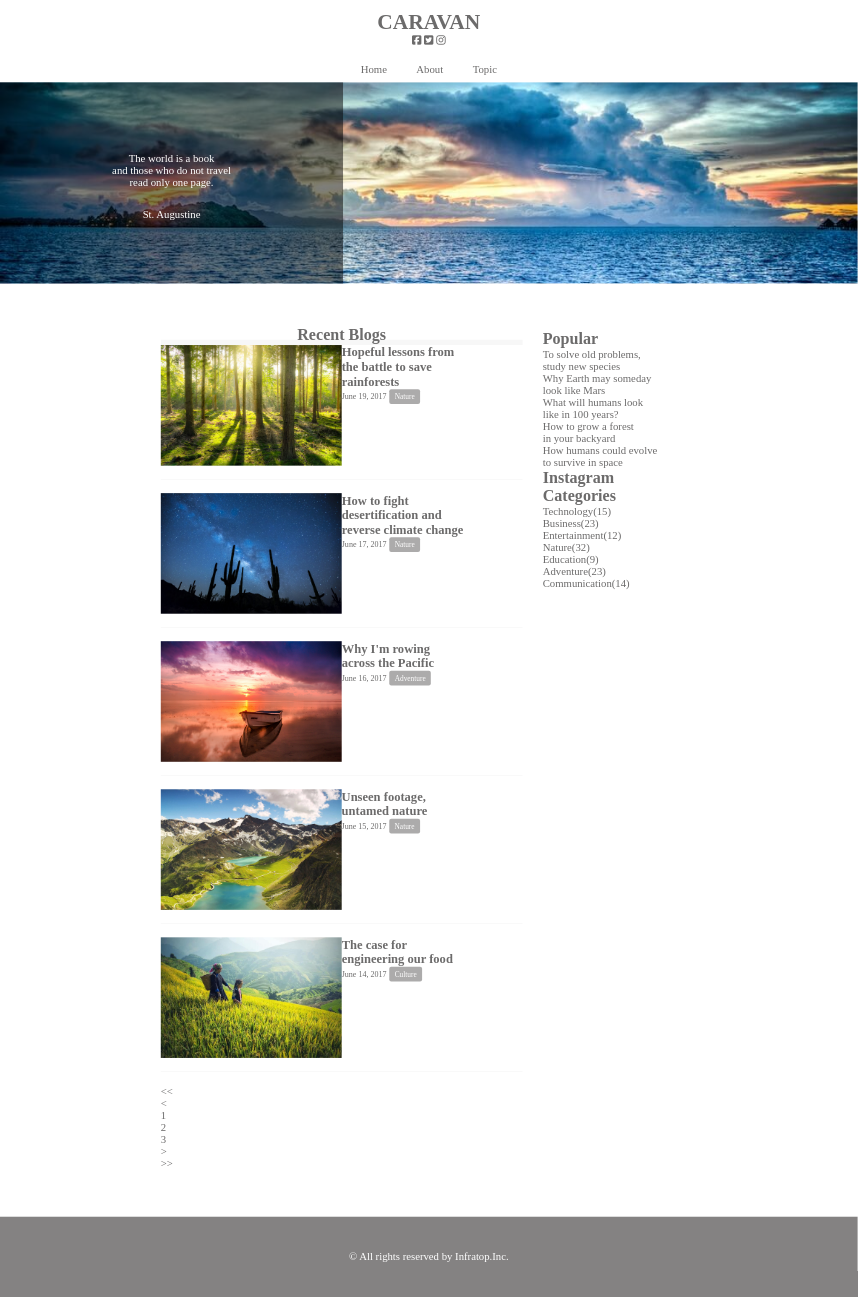
Repository: hayase-m/Webcamp
Page: caravan/index.html
The author's editor kept a record of every edit. The page is drawn from the files as they stood at one moment, then again after the next edit.
The browser window is 1280 px wide. The pictures show the whole page, at 67% of full size.
Some web libraries are served in a nearby version.

Above is the page before.

### caravan/index.html
<!DOCTYPE html>
<html lang="ja">
  <head>
    <meta charset="UTF-8" />
    <meta name="viewport" content="width=device-width,initial-scale=1.0">
    <!-- CSSファイルの読み込み -->

    <script src="https://kit.fontawesome.com/a95fdb4b13.js" crossorigin="anonymous"></script>
    <link rel="stylesheet" href="style.css" />
    <title>CARAVAN</title>
  </head>

  <body>
    <!-- header -->
    <header>
      <h1 class="heading">
        <a href="index.html">
        CARAVAN
        </a>
      </h1>

      <div class="social">
        <i class="fab fa-facebook-square"></i>
        <i class="fab fa-twitter-square"></i>
        <i class="fab fa-instagram"></i>
      </div>
    </header>

    <!-- navigation -->
    <nav>
      <ul class="nav-list">
        <li class="nav-list-item">
          <a href="index.html">Home</a>
        </li>
        <li class="nav-list-item">About</li>
        <li class="nav-list-item">Topic</li>
      </ul>
    </nav>

    <!-- main-visual用のdiv -->
    <div class="main-visual">
      <div class="main-visual-content">
        <!-- pタグ（と文字）を追加 -->
        <p class="main-visual-text">
          The world is a book <br>
          and those who do not travel <br>
          read only one page.
        </p>
        <p class="main-visual-name">
          St. Augustine
        </p>
      </div>
    </div>

    <!-- main用のdiv -->
    <main>
      <section class="blog">
        <h2 class="blog-heading">Recent Blogs</h2>

        <div class="blog-box">
          <div class="blog-item">
            <img class="blog-image" src="img/forest.jpg" />
            <section class="blog-text">
              <h3 class="blog-text-heading">
                <a href="single.html">
                  Hopeful lessons from<br>
                  the battle to save<br>
                  rainforests
                </a>
              </h3>
              <p class="blog-date">June 19, 2017</p>
              <span class="category">Nature</span>
            </section>
          </div>
          <div class="blog-item">
            <img class="blog-image" src="img/desert.jpg" />
            <section class="blog-text">
              <h3 class="blog-text-heading">
                <a href="single.html">
                  How to fight<br>
                  desertification and<br>
                  reverse climate change
                </a>
              </h3>
              <p class="blog-date">June 17, 2017</p>
              <span class="category">Nature</span>
            </section>
          </div>
          <div class="blog-item">
            <img class="blog-image" src="img/sunset.jpg" />
            <section class="blog-text">
              <h3 class="blog-text-heading">
                <a href="single.html">
                  Why I'm rowing<br>
                  across the Pacific
                </a>
              </h3>
              <p class="blog-date">June 16, 2017</p>
              <span class="category">Adventure</span>
            </section>
          </div>
          <div class="blog-item">
            <img class="blog-image" src="img/italy.jpg" />
            <section class="blog-text">
              <h3 class="blog-text-heading">
                <a href="single.html">
                  Unseen footage,<br>
                  untamed nature
                </a>
              </h3>
              <p class="blog-date">June 15, 2017</p>
              <span class="category">Nature</span>
            </section>
          </div>
          <div class="blog-item">
            <img class="blog-image" src="img/asia.jpg" />
            <section class="blog-text">
              <h3 class="blog-text-heading">
                <a href="single.html">
                  The case for<br>
                  engineering our food
                </a>
              </h3>
              <p class="blog-date">June 14, 2017</p>
              <span class="category">Culture</span>
            </section>
          </div>
        </div>
        <div class="pagination">
          <p><<</p>
          <p><</p>
          <p>1</p>
          <p>2</p>
          <p>3</p>
          <p>></p>
          <p>>></p>
        </div>
      </section>

      <div class="sidebar">
        <section class="popular">
          <h2 class="popular-heading common-heading">Popular</h2>
          <div class="sidebar-contents">
            <p class="popular-text">To solve old problems,<br>study new species</p>
            <p class="popular-text">Why Earth may someday<br>look like Mars</p>
            <p class="popular-text">What will humans look<br>like in 100 years?</p>
            <p class="popular-text">How to grow a forest<br>in your backyard</p>
            <p class="popular-text">How humans could evolve<br>to survive in space</p>
          </div>
        </section>
        <section class="instagram">
          <h2 class="instagram-heading common-heading">Instagram</h2>
          <div class="sidebar-contents">
            <div class="instagram-box"></div>
            <div class="instagram-box"></div>
            <div class="instagram-box"></div>
            <div class="instagram-box"></div>
            <div class="instagram-box"></div>
            <div class="instagram-box"></div>
          </div>
        </section>
        <section class="categories">
          <h2 class="categories-heading common-heading">Categories</h2>
          <div class="sidebar-contents">
            <p class="categories-text">Technology(15)</p>
            <p class="categories-text">Business(23)</p>
            <p class="categories-text">Entertainment(12)</p>
            <p class="categories-text">Nature(32)</p>
            <p class="categories-text">Education(9)</p>
            <p class="categories-text">Adventure(23)</p>
            <p class="categories-text">Communication(14)</p>
          </div>

        </section>
      </div>
    </main>

    <!-- footer -->
    <footer>
      <p class="footer-text">© All rights reserved by Infratop.Inc.</p>
    </footer>
  </body>
</html>

### caravan/style.css
/* ブラウザがそれぞれ持っているCSSをリセットするための記述 */
* {
  margin: 0;
  padding: 0;
  box-sizing: border-box;
  color: #6c6b6b;
}

a {
  text-decoration: none;
}

header {
  width: 90%; /* 横幅90% */
  padding: 15px 0;
  margin: 0 auto;
  text-align: center;
}

header .heading {
  /* headerタグ内のheadingクラスにのみ反映される */
  font-size: 32px;
}

.nav-list {
  text-align: center;
  padding: 10px 0;
  margin: 0 auto;
}

.nav-list-item {
  list-style: none;
  display: inline-block;
  margin: 0 20px;
}

.main-visual {
  width: 100%; /* 横幅いっぱい */
  height: 300px; /* 高さ300px */
  background-image: url(img/mv.jpg);
  background-size: cover; /* 縦横比を維持したまま背景領域を埋め尽くす */
  background-position: center; /* 背景画像を中央に配置 */
}

.main-visual-content {
  width: 40%; /* 横幅40% */
  height: 300px; /* 親の高さに揃える */
  background-color: rgba(0, 0, 0, 0.5); /* 背景色を半透明の黒にする */
  text-align: center; /* 文字を中央揃えにする */
  padding-top: 105px; /* 上側の内側余白で垂直方向の位置を調整 */
}

.main-visual-text {
  color: #fff; /* 文字色を白に変更 */
}

.main-visual-name {
  margin-top: 30px; /* 上側の外側の余白 */
  color: #fff; /* 文字色を白に変更 */
}

main {
  width: 800px; /* 横幅800px */
  display: flex; /* Flexboxの利用 */
  justify-content: center; /* 要素の横並び・中央寄せ */
  margin: 0 auto; /* 要素の中央揃え */
  padding: 70px 0; /* 上下に70px、左右に0pxの内側余白 */
}

.blog {
  width: 540px;
  margin-right: 30px; /* 領域の右側余白 */
}

.blog-heading {
  border-bottom: 8px solid #f7f7f7;
  text-align: center;
  line-height: 0.6;
}

.blog-item {
  padding-bottom: 20px;
  margin-bottom: 20px;
  border-bottom: 1px solid #f7f7f7;
  display: flex;
  justify-content: flex-start;
}

.blog-image {
  height: 180px
}

.blog-date {
  font-size: 12px;
  display: inline-block;
}

.category {
  display: inline-block;
  padding: 5px 8px;
  background-color: #acabab;
  border-radius: 3px;
  color: #fff;
  font-size: 11px;
}

.sidebar {
  width: 230px;
}

footer {
  width: 100%;
  height: 120px;
  text-align: center;
  line-height: 120px;
  background-color: #848282;
}

.footer-text {
  color: #fff;
}

After the next edit:
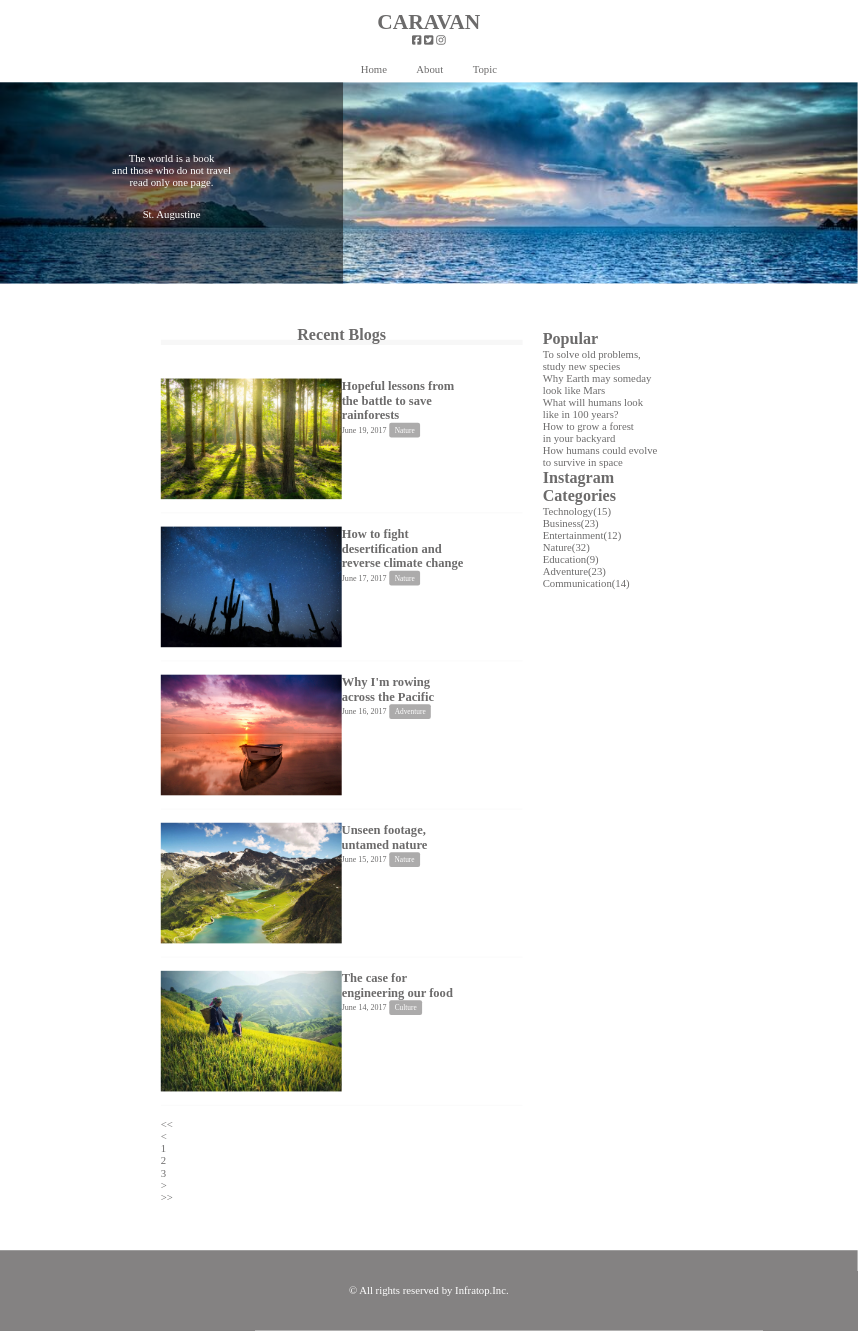
The edit:
--- a/caravan/style.css
+++ b/caravan/style.css
@@ -78,6 +78,10 @@
   line-height: 0.6;
 }
 
+.blog-box {
+  padding-top: 50px;
+}
+
 .blog-item {
   padding-bottom: 20px;
   margin-bottom: 20px;
